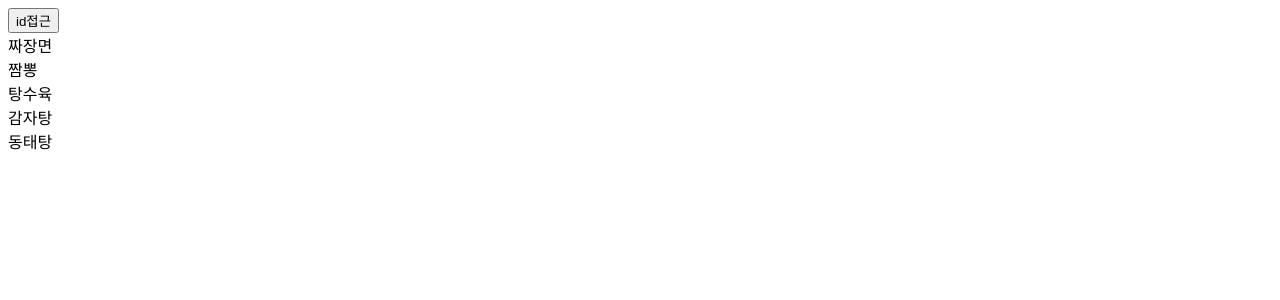
Repository: goalki/pension
Page: http://localhost/pension/etc/js.jsp
These files come from the project's save history. The page is drawn as it stood at one moment and after the next save; the edit follows.
The browser window is 1280 px wide. The pictures show the whole page.
The page is served by Tomcat 9. Other server files are loaded and not shown.

Above is the page before, as saved 2021-01-15 05:02:53.

### pension/WebContent/etc/js.jsp
<%@ page language="java" contentType="text/html; charset=UTF-8"
    pageEncoding="UTF-8"%>
<!DOCTYPE html>
<html>
<head>
<meta charset="UTF-8">
<title>Insert title here</title>
 <script>
   function imsi()
   {
	   // 탕수육의 글자를 빨강색으로
	  menu[2].style.color="red";
   }
 </script>
</head>
<body>
  <input type="button" value="id접근" onclick="imsi()">
  <div id="menu"> 짜장면 </div>
  <div id="menu"> 짬뽕 </div>
  <div id="menu"> 탕수육 </div>
  <div id="menu"> 감자탕 </div>
  <div id="menu"> 동태탕 </div>
</body>
</html>

After the next save:
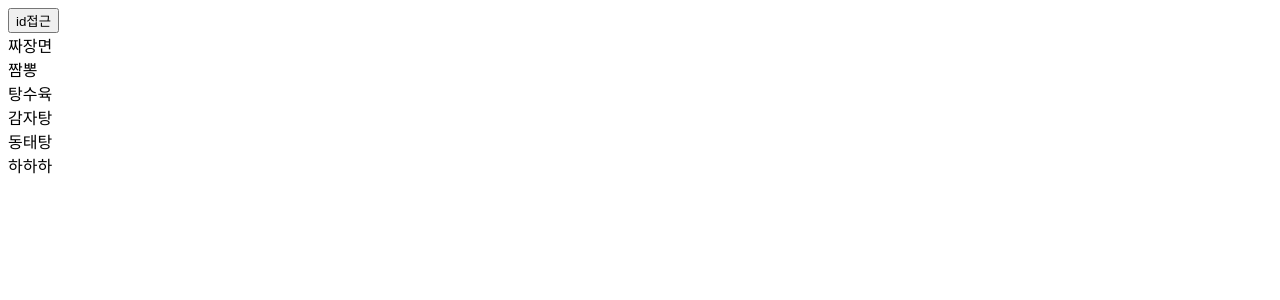
Saved 35 s later.
--- a/pension/WebContent/etc/js.jsp
+++ b/pension/WebContent/etc/js.jsp
@@ -20,5 +20,6 @@
   <div id="menu"> 탕수육 </div>
   <div id="menu"> 감자탕 </div>
   <div id="menu"> 동태탕 </div>
+  <div id="aaa"> 하하하 </div>
 </body>
 </html>
